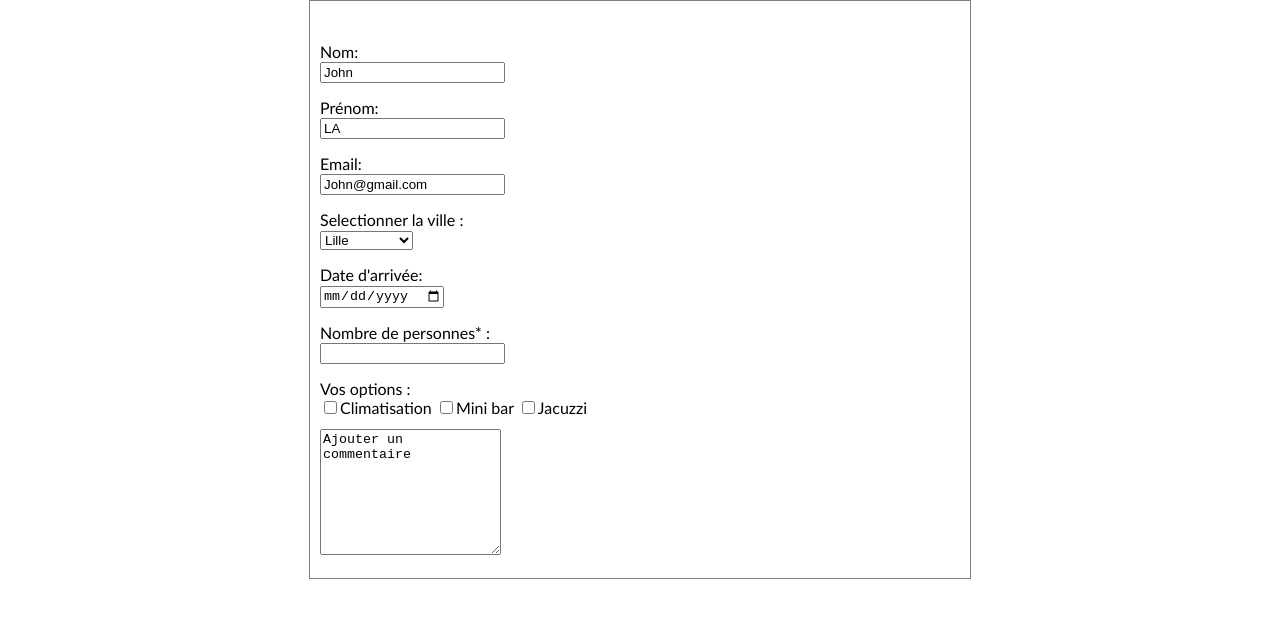
Repository: Coumba25040/coumbaProjet
Page: Env/index.html
These files come from the project's save history. The page is drawn as it stood at one moment and after the next save; the edit follows.
The browser window is 1280 px wide. The pictures show the whole page.

Above is the page before, as saved 2024-10-14 19:53:10.

After the next save:
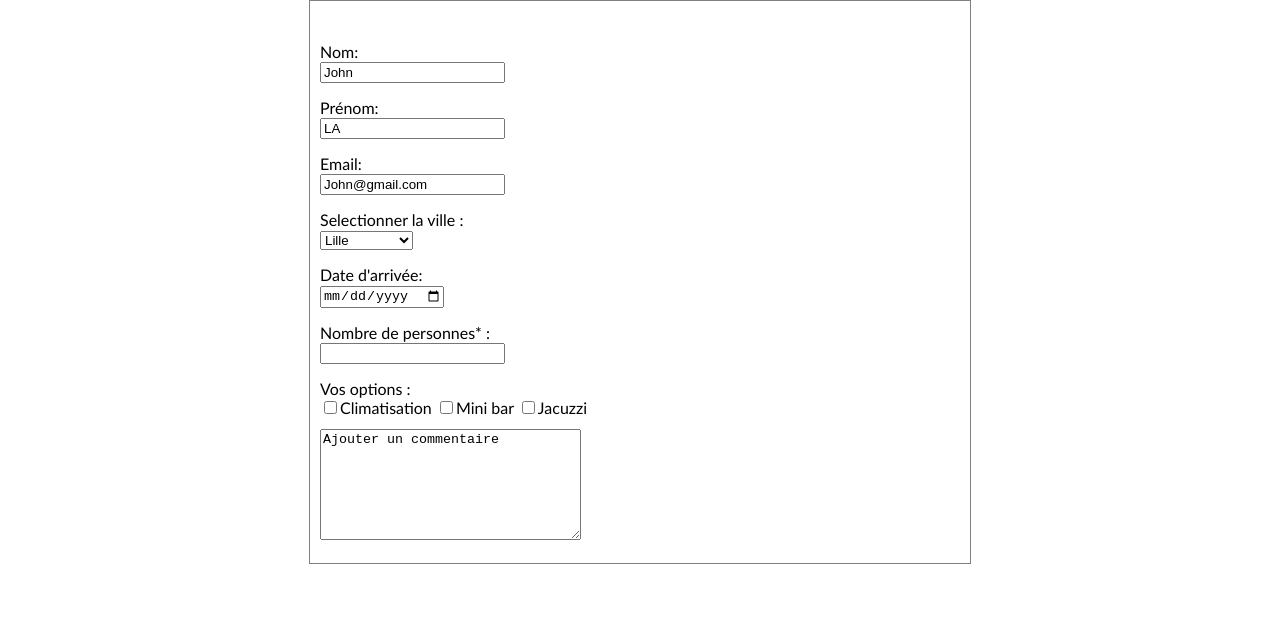
Saved 44 s later.
--- a/Env/index.html
+++ b/Env/index.html
@@ -78,7 +78,7 @@
 
 
 
-        <textarea name="commentaire" rows="8" cols="20">Ajouter un commentaire</textarea>
+        <textarea name="commentaire" rows="7" cols="30">Ajouter un commentaire</textarea>
 
 
 
